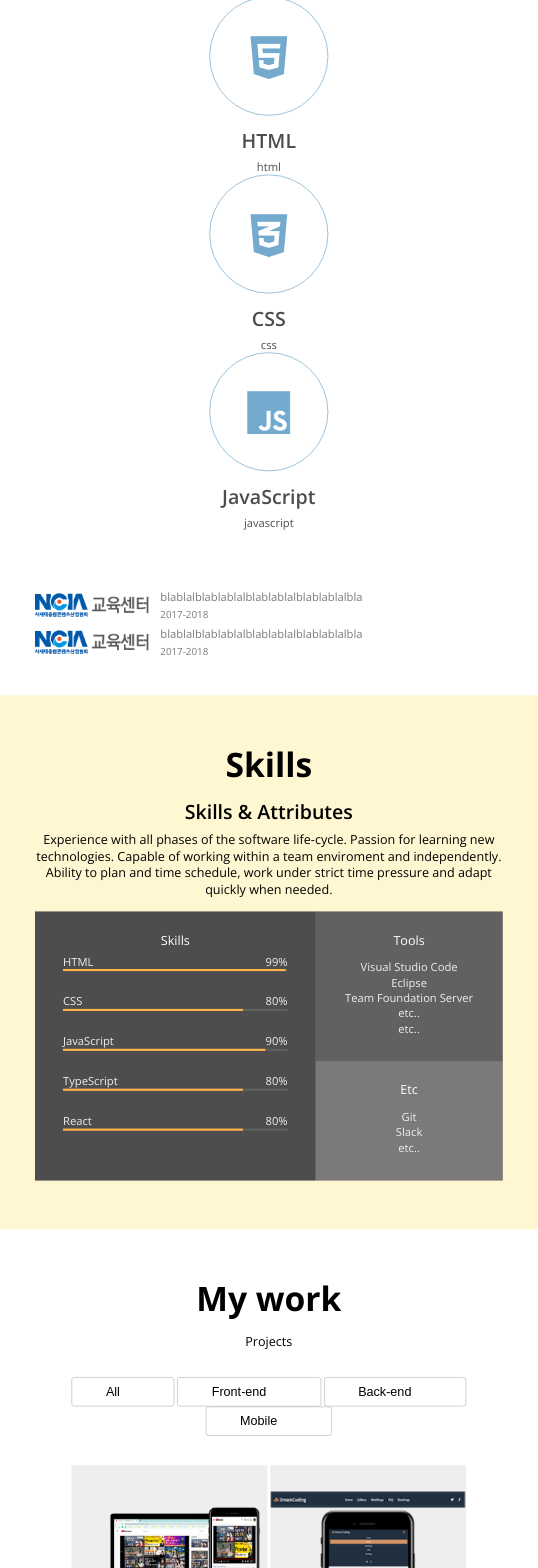
Repository: dhchun1203/Portfolio
Page: index.html
These files come from the project's save history. The page is drawn as it stood at one moment and after the next save; the edit follows.
The browser window is 768 px wide. The pictures show the part of the page from y = 1165 to 3405 px (the page is 5592 px tall before and 5706 px after), at 70% of full size.
Some web libraries are served in a nearby version.

Above is the page before, as saved 2020-12-08 23:18:27.

### index.html
<!DOCTYPE html>
<html lang="en">
	<head>
		<meta charset="UTF-8" />
		<meta name="viewport" content="width=device-width, initial-scale=1.0" />
		<title>Hwan's Portfolio</title>
		<meta
			name="description"
			content="portfolio for world-renowned software engineer Hwan"
		/>
		<meta name="author" content="Hwan" />
		<link rel="icon" type="image/png" href="imgs/favicon.png" />
		<script
			src="https://kit.fontawesome.com/8b98a99811.js"
			crossorigin="anonymous"
		></script>
		<link rel="preconnect" href="https://fonts.gstatic.com" />
		<link
			href="https://fonts.googleapis.com/css2?family=Open+Sans:wght@400;600;700&display=swap"
			rel="stylesheet"
		/>
		<link rel="stylesheet" href="style.css" />
		<script src="main.js" defer></script>
	</head>
	<body>
		<!-- Navbar -->
		<nav id="navbar">
			<div class="navbar__logo">
				<i class="fab fa-diaspora"></i>
				<a href="#">Hwan</a>
			</div>
			<div class="navbar__menu">
				<ul class="navbar__menu">
					<li class="navbar__menu__item active">Home</li>
					<li class="navbar__menu__item">About</li>
					<li class="navbar__menu__item">Skills</li>
					<li class="navbar__menu__item">My work</li>
					<li class="navbar__menu__item">Testimonials</li>
					<li class="navbar__menu__item">Contact</li>
				</ul>
			</div>
			<!-- Toggle button -->
			<button class="navbar__toggle-btn">
				<i class="fas fa-bars"></i>
			</button>
		</nav>
		<!-- Home -->
		<section id="home">
			<img class="home__avatar" src="imgs/profile.jpg" alt="profile" />

			<h1 class="home__title">Hello, <br />Let me introduce myself!</h1>

			<h2 class="home__description">
				A frontend Developer currently residing in Yongin, South Korea.
			</h2>
			<button class="home__contact">CONTACT ME</button>
		</section>
		<!-- About -->
		<section id="about" class="section section__container">
			<h1>About me</h1>
			<p>
				자기소개 Lorem Ipsum is simply dummy text of the printing and
				typesetting industry. Lorem Ipsum has been the industry's standard dummy
				text ever since the 1500s, when an unknown printer took a galley of type
				and scrambled it to make a type specimen book. It has survived not only
				five centuries, but also the leap into electronic typesetting, remaining
				essentially unchanged. It was popularised in the 1960s with the release
				of Letraset sheets containing Lorem Ipsum passages, and more recently
				with desktop publishing software like Aldus PageMaker including versions
				of Lorem Ipsum.
			</p>
			<div class="about__majors">
				<div class="major">
					<div class="major__icon"><i class="fab fa-html5"></i></div>
					<h2 class="major__title">HTML</h2>
					<div class="major__description">html</div>
				</div>
				<div class="major">
					<div class="major__icon"><i class="fab fa-css3-alt"></i></div>
					<h2 class="major__title">CSS</h2>
					<div class="major__description">css</div>
				</div>
				<div class="major">
					<div class="major__icon"><i class="fab fa-js"></i></div>
					<h2 class="major__title">JavaScript</h2>
					<div class="major__description">javascript</div>
				</div>
			</div>
			<!-- <div class="about__spec">
				<div class="about__spec__item">
					<img src="" alt="HtmlImage" />
					<h3>HTML</h3>
					<p>html</p>
				</div>
				<div class="about__spec__item">
					<img src="" alt="CssImage" />
					<h3>CSS</h3>
					<p>css</p>
				</div>
				<div class="about__spec__item">
					<img src="" alt="JavaScriptImage" />
					<h3>JavaScript</h3>
					<p>javascript</p>
				</div>
			</div> -->
			<div class="about__jobs">
				<div class="job">
					<img
						src="imgs/jobs/nciaedu_logo.png"
						alt="ncia logo"
						class="job__logo"
					/>
					<div class="job__description">
						<p class="job__name">blablalblablablalblablablalblablablalbla</p>
						<p class="job__period">2017-2018</p>
					</div>
				</div>
				<div class="job">
					<img
						src="imgs/jobs/nciaedu_logo.png"
						alt="ncia logo"
						class="job__logo"
					/>
					<div class="job__description">
						<p class="job__name">blablalblablablalblablablalblablablalbla</p>
						<p class="job__period">2017-2018</p>
					</div>
				</div>
			</div>
			<!-- <div class="career">
				<div class="career__item">
					<img class="career__image" src="" alt="career image" />
					<p>what's my career</p>
				</div>
				<div class="career__item">
					<img class="career__image" src="" alt="career image" />
					<p>what's my career</p>
				</div>
			</div> -->
		</section>
		<!-- Skills -->
		<section id="skills" class="section">
			<div class="section__container">
				<h1>Skills</h1>
				<h2>Skills & Attributes</h2>
				<p>
					Experience with all phases of the software life-cycle. Passion for
					learning new technologies. Capable of working within a team enviroment
					and independently. Ability to plan and time schedule, work under
					strict time pressure and adapt quickly when needed.
				</p>
				<div class="skillset">
					<div class="skillset__left">
						<h3 class="skillset__title">Skills</h3>
						<div class="skill">
							<div class="skill__description">
								<span>HTML</span>
								<span>99%</span>
							</div>
							<div class="skill__bar">
								<div class="skill__value" style="width: 99%"></div>
							</div>
						</div>
						<div class="skill">
							<div class="skill__description">
								<span>CSS</span>
								<span>80%</span>
							</div>
							<div class="skill__bar">
								<div class="skill__value" style="width: 80%"></div>
							</div>
						</div>
						<div class="skill">
							<div class="skill__description">
								<span>JavaScript</span>
								<span>90%</span>
							</div>
							<div class="skill__bar">
								<div class="skill__value" style="width: 90%"></div>
							</div>
						</div>
						<div class="skill">
							<div class="skill__description">
								<span>TypeScript</span>
								<span>80%</span>
							</div>
							<div class="skill__bar">
								<div class="skill__value" style="width: 80%"></div>
							</div>
						</div>
						<div class="skill">
							<div class="skill__description">
								<span>React</span>
								<span>80%</span>
							</div>
							<div class="skill__bar">
								<div class="skill__value" style="width: 80%"></div>
							</div>
						</div>
					</div>
					<div class="skillset__right">
						<div class="tools">
							<h3 class="skillset__title">Tools</h3>
							<ul class="tools__list">
								<li><span>Visual Studio Code</span></li>
								<li><span>Eclipse</span></li>
								<li><span>Team Foundation Server</span></li>
								<li><span>etc..</span></li>
								<li><span>etc..</span></li>
							</ul>
						</div>
						<div class="etc">
							<h3 class="skillset__title">Etc</h3>
							<ul class="etc__list">
								<li><span>Git</span></li>
								<li><span>Slack</span></li>
								<li><span>etc..</span></li>
							</ul>
						</div>
					</div>
				</div>
			</div>
		</section>
		<!-- Work -->
		<section id="work" class="section">
			<div class="section__container">
				<h1>My work</h1>
				<h3>Projects</h3>
				<div class="work__categories">
					<button class="category__btn selected" data-filter="*">
						All <span class="category__count">8</span>
					</button>
					<button class="category__btn" data-filter="front-end">
						Front-end <span class="category__count">3</span>
					</button>
					<button class="category__btn" data-filter="back-end">
						Back-end <span class="category__count">3</span>
					</button>
					<button class="category__btn" data-filter="mobile">
						Mobile <span class="category__count">2</span>
					</button>
				</div>
				<div class="work__projects">
					<a
						href="https://github.com/dhchun1203/DreamCoding_youtube-project"
						class="project"
						data-type="front-end"
						target="blank"
					>
						<img
							src="imgs/projects/project1.png"
							alt="youtube project thumbnail"
							class="project__img"
						/>
						<div class="project__description">
							<!--마우스를 올렸을 때 표시될 내용-->
							<h3>Youtube Site</h3>
							<span>Clone coding with HTML and CSS</span>
						</div>
					</a>
					<a
						href="https://github.com/dhchun1203/DreamCoding_youtube-project"
						class="project"
						data-type="front-end"
						target="blank"
					>
						<img
							src="imgs/projects/project2.png"
							alt="youtube project thumbnail"
							class="project__img"
						/>
						<div class="project__description">
							<h3>Project2</h3>
							<span>Fill in your own project</span>
						</div>
					</a>
					<a
						href="https://github.com/dhchun1203/DreamCoding_youtube-project"
						class="project"
						data-type="front-end"
						target="blank"
					>
						<img
							src="imgs/projects/project3.png"
							alt="youtube project thumbnail"
							class="project__img"
						/>
						<div class="project__description">
							<h3>Project3</h3>
							<span>Fill in your own project</span>
						</div>
					</a>
					<a
						href="https://github.com/dhchun1203/DreamCoding_youtube-project"
						class="project"
						data-type="back-end"
						target="blank"
					>
						<img
							src="imgs/projects/project4.png"
							alt="youtube project thumbnail"
							class="project__img"
						/>
						<div class="project__description">
							<h3>Project4</h3>
							<span>Fill in your own project</span>
						</div>
					</a>
					<a
						href="https://github.com/dhchun1203/DreamCoding_youtube-project"
						class="project"
						data-type="back-end"
						target="blank"
					>
						<img
							src="imgs/projects/project5.png"
							alt="youtube project thumbnail"
							class="project__img"
						/>
						<div class="project__description">
							<h3>Project5</h3>
							<span>Fill in your own project</span>
						</div>
					</a>
					<a
						href="https://github.com/dhchun1203/DreamCoding_youtube-project"
						class="project"
						data-type="mobile"
						target="blank"
					>
						<img
							src="imgs/projects/project6.png"
							alt="youtube project thumbnail"
							class="project__img"
						/>
						<div class="project__description">
							<h3>Project6</h3>
							<span>Fill in your own project</span>
						</div>
					</a>
					<a
						href="https://github.com/dhchun1203/DreamCoding_youtube-project"
						class="project"
						data-type="mobile"
						target="blank"
					>
						<img
							src="imgs/projects/project7.png"
							alt="youtube project thumbnail"
							class="project__img"
						/>
						<div class="project__description">
							<h3>Project7</h3>
							<span>Fill in your own project</span>
						</div>
					</a>
					<a
						href="https://github.com/dhchun1203/DreamCoding_youtube-project"
						class="project"
						data-type="mobile"
						target="blank"
					>
						<img
							src="imgs/projects/project8.png"
							alt="youtube project thumbnail"
							class="project__img"
						/>
						<div class="project__description">
							<h3>Project8</h3>
							<span>Fill in your own project</span>
						</div>
					</a>
				</div>
			</div>
		</section>
		<!-- Testimonial -->
		<section id="testimonials" class="section">
			<div class="section__container">
				<h1>Testimonials</h1>
				<h3>See what they say about me</h3>
				<div class="testimonials">
					<div class="testimonial">
						<img
							src="imgs/testimonial/people1.jpg"
							alt="People"
							class="testimonial__avatar"
						/>
						<div class="testimonial__speech-bubble">
							<p>
								Lorem Ipsum has been the industry's standard dummy text ever
								since the 1500s, when an unknown printer took a galley of type
								and scrambled it to make a type specimen book. It has survived
								not only five centuries, but also the leap into electronic
								typesetting, remaining essentially unchanged.
							</p>
							<p class="name"><a href="#">Sung jin</a> / Samsung</p>
						</div>
					</div>
					<div class="testimonial">
						<div class="testimonial__speech-bubble">
							<p>
								Lorem Ipsum has been the industry's standard dummy text ever
								since the 1500s, when an unknown printer took a galley of type
								and scrambled it to make a type specimen book. It has survived
								not only five centuries, but also the leap into electronic
								typesetting, remaining essentially unchanged.
							</p>
							<p class="name"><a href="#">Sung jin</a> / Samsung</p>
						</div>
						<img
							src="imgs/testimonial/people1.jpg"
							alt="People"
							class="testimonial__avatar"
						/>
					</div>
				</div>
			</div>
		</section>
		<!-- Contact -->
		<section id="contact" class="section">
			<h1 class="contact__title">Let's talk</h1>
			<h2 class="contact__email">dhchun1203@gmail.com</h2>
			<div class="contact__links">
				<a href="https://github.com/dhchun1203" target="blank">
					<i class="fab fa-github"></i>
				</a>
				<a
					href="https://www.facebook.com/profile.php?id=100010406657545"
					target="blank"
				>
					<i class="fab fa-facebook"></i>
				</a>
			</div>
			<p class="contact__rights">
				2020 Dream Coding Hwan - All rights reserved
			</p>
		</section>
	</body>
</html>

### style.css
/* Global */
:root {
	/* Color */
	--color-white: #ffffff;
	--color-light-white: #eeeeee;
	--color-dark-white: #bdbdbd;
	--color-pink: #fe918d;
	--color-dark-pink: #ff6863;
	--color-dark-grey: #4d4d4d;
	--color-grey: #616161;
	--color-light-grey: #7c7979;
	--color-blue: #73aace;
	--color-yellow: #fff7d1;
	--color-orange: #feb546;
	--color-black: #000000;

	/* Font size */
	--font-large: 48px;
	--font-medium: 28px;
	--font-regular: 18px;
	--font-small: 16px;
	--font-micro: 14px;

	/* Font weight */
	--weight-bold: 700;
	--weight-semi-bold: 600;
	--weight-regular: 400;

	/* Size */
	--size-border-radius: 4px;

	/* Animation */
	--animation-duration: 300ms;
}

/* Universal tags */
* {
	box-sizing: border-box;
}
body {
	margin: 0;
	font-family: "Open Sans", sans-serif;
	cursor: default;
}
a {
	text-decoration: none;
	color: var(--color-white);
}
ul {
	padding-left: 0;
}
li {
	list-style: none;
}
button {
	background-color: transparent;
	cursor: pointer;
	border: none;
	outline: none;
}

/* Typography(header) */
h1 {
	font-size: var(--font-large);
	font-weight: var(--weight-bold);
	color: var(--color-black);
	margin: 16px 0;
}
h2 {
	font-size: var(--font-medium);
	font-weight: var(--weight-semi-bold);
	color: var(--color-black);
	margin: 8px 0;
}
h3 {
	font-size: var(--font-regular);
	font-weight: var(--font-regular);
	color: var(--color-black);
	margin: 8px 0;
}
p {
	font-size: var(--font-regular);
	font-weight: var(--font-regular);
	color: var(--color-black);
	margin: 4px 0;
}

/* Navbar */
#navbar {
	display: flex;
	justify-content: space-between;
	align-items: center;
	background-color: var(--color-pink);
	color: var(--color-white);
	padding: 16px;
}
.navbar__menu {
	display: flex;
}
.navbar__logo {
	font-size: var(--font-medium);
	font-weight: var(--weight-semi-bold);
}
.navbar__menu__item {
	padding: 8px 12px;
	margin: 0 4px;
	cursor: pointer;
	border-radius: var(--size-border-radius);
}
.navbar__menu__item.active {
	border: 1px solid var(--color-white);
	border-radius: var(--size-border-radius);
}
.navbar__menu__item:hover {
	background-color: var(--color-dark-pink);
}
.navbar__toggle-btn {
	position: absolute;
	right: 32px;
	top: 24px;
	font-size: 24px;
	color: var(--color-white);
	display: none;
}
/* Home */
#home {
	background: url("imgs/home-background.png.png") center/cover no-repeat;
	padding: 40px;
	text-align: center;
}
.home__avatar {
	width: 200px;
	height: 250px;
	border-radius: 50%;
	border: 2px solid var(--color-light-white);
}
.home__title,
.home__description {
	color: var(--color-white);
}
.home__contact {
	color: var(--color-white);
	font-size: var(--font-regular);
	font-weight: var(--weight-bold);
	margin: 24px;
	padding: 8px 12px;
	border: 2px solid var(--color-white);
	border-radius: var(--size-border-radius);
}

/* Section common */
.section {
	text-align: center;
	padding: 50px;
	margin: auto;
}
.section__container {
	max-width: 1200px;
	margin: auto;
}

/* About */
.about__majors {
	display: flex;
	justify-content: space-between;
	margin: 80px 0;
}
.major__icon {
	width: 170px;
	height: 170px;
	font-size: 70px;
	line-height: 170px;
	margin: auto;
	border: 1px solid var(--color-blue);
	border-radius: 50%;
	margin-bottom: 16px;
	color: var(--color-blue);
}
.major__icon i {
	transition: all var(--animation-duration) ease;
}
.major__icon:hover i {
	color: var(--color-pink);
	transform: rotate(-30deg) scale(1.1);
}
.major__title,
.major__description {
	color: var(--color-dark-grey);
}
.major__description {
	font-size: var(--font-small);
}
.job {
	display: flex;
	align-items: center;
}
.job__description {
	margin: 0 16px;
	text-align: left;
}
.job__name,
.job__period {
	color: var(--color-light-grey);
}
.job__name {
	font-size: var(--font-small);
}
.job__period {
	font-size: var(--font-micro);
}

/* Skill */
#skills {
	background-color: var(--color-yellow);
}
.skillset {
	color: var(--color-light-white);
	display: flex;
	background-color: var(--color-light-grey);
	margin: 20px 0;
}
.skillset__title {
	color: var(--color-white);
}
.skillset__left {
	flex-basis: 60%;
	background-color: var(--color-dark-grey);
	padding: 20px 40px;
}
.skill {
	margin-bottom: 32px;
}
.skill__description {
	display: flex;
	justify-content: space-between;
}
.skill__bar {
	width: 100%;
	height: 3px;
	background-color: var(--color-grey);
}
.skill__value {
	height: 3px;
	background-color: var(--color-orange);
}
.skillset__right {
	flex-basis: 40%;
}
.tools {
	background-color: var(--color-grey);
}
.tools,
.etc {
	padding: 20px;
}
.etc {
	background-color: var(--color-light-grey);
}

/* Work */
.work__categories {
	margin: 40px;
}
.category__btn {
	border: 1px solid var(--color-dark-white);
	border-radius: var(--size-border-radius);
	font-size: var(--font-regular);
	padding: 8px 48px;
}
.category__btn.active,
.category__btn:hover {
	background-color: var(--color-pink);
	color: var(--color-white);
}
.category__btn.active .category__count,
.category__btn:hover .category__count {
	opacity: 1;
	top: 0;
}
.category__count {
	background-color: var(--color-orange);
	border-radius: 50%;
	color: var(--color-white);
	width: 24px;
	height: 24px;
	line-height: 24px;
	display: inline-block;
	position: relative;
	top: -20px;
	left: 4px;
	opacity: 0;
	transition: all var(--animation-duration) ease-in;
}
.work__projects {
	display: flex;
	flex-wrap: wrap;
	justify-content: center;
}
.project {
	position: relative;
	display: flex;
	justify-content: center;
	align-items: center;
	width: 280px;
	height: 250px;
	margin: 2px;
	background-color: var(--color-light-white);
}
.project__img {
	max-width: 100%;
	max-height: 100%;
	align-self: center;
}
.project__description {
	position: absolute;
	background-color: black;
	display: flex;
	flex-direction: column;
	justify-content: center;
	width: 100%;
	height: 100%;
	top: 0;
	left: 0;
	opacity: 0;
	transform: translateY(10px);
	transition: all var(--animation-duration) ease-in;
}
.project:hover .project__description {
	opacity: 0.8;
	transform: translateY(0px);
}
.project__description h3 {
	color: var(--color-white);
}
.project__description h3:after {
	content: "";
	display: block;
	position: relative;
	left: 50%;
	width: 25px;
	height: 2px;
	margin-left: -12px;
	margin-top: 8px;
	background-color: var(--color-dark-white);
}

/* Testimonial */
#testimonials {
	background-color: var(--color-light-white);
}
.testimonials {
	margin: 40px;
}
.testimonial {
	display: flex;
	margin: 32px 0;
}
.testimonial__avatar {
	width: 150px;
	height: 150px;
	border-radius: 50%;
}
.testimonial__avatar:nth-child(odd) {
	margin-right: 40px;
}
.testimonial__avatar:nth-child(even) {
	margin-left: 40px;
}
.testimonial__speech-bubble {
	padding: 18px;
	background-color: var(--color-white);
	border-radius: var(--size-border-radius);
}
.testimonial__speech-bubble p {
	color: var(--color-light-grey);
}
.testimonial__speech-bubble a {
	color: var(--color-pink);
}

/* Contact */
#contact {
	background-color: var(--color-pink);
}
.contact__title,
.contact__email,
.contact__rights {
	color: var(--color-white);
}
.contact__title {
	margin: 32px 0;
}
.contact__links {
	font-size: var(--font-large);
	margin: 24px 0;
}
.contact__links i {
	transition: all calc(var(--animation-duration) / 2) ease-in;
}
.contact__links i:hover {
	transform: scale(1.2);
	color: var(--color-yellow);
}

@media screen and (max-width: 768px) {
	.navbar__toggle-btn {
		display: block;
	}
	#navbar {
		flex-direction: column;
		align-items: flex-start;
	}
	.navbar__menu {
		flex-direction: column;
		text-align: center;
		width: 100%;
		display: none;
	}
	.about__majors {
		flex-direction: column;
	}
}

Loaded but not shown: main.js (no copy from this time; the picture is the same without it)

After the next save:
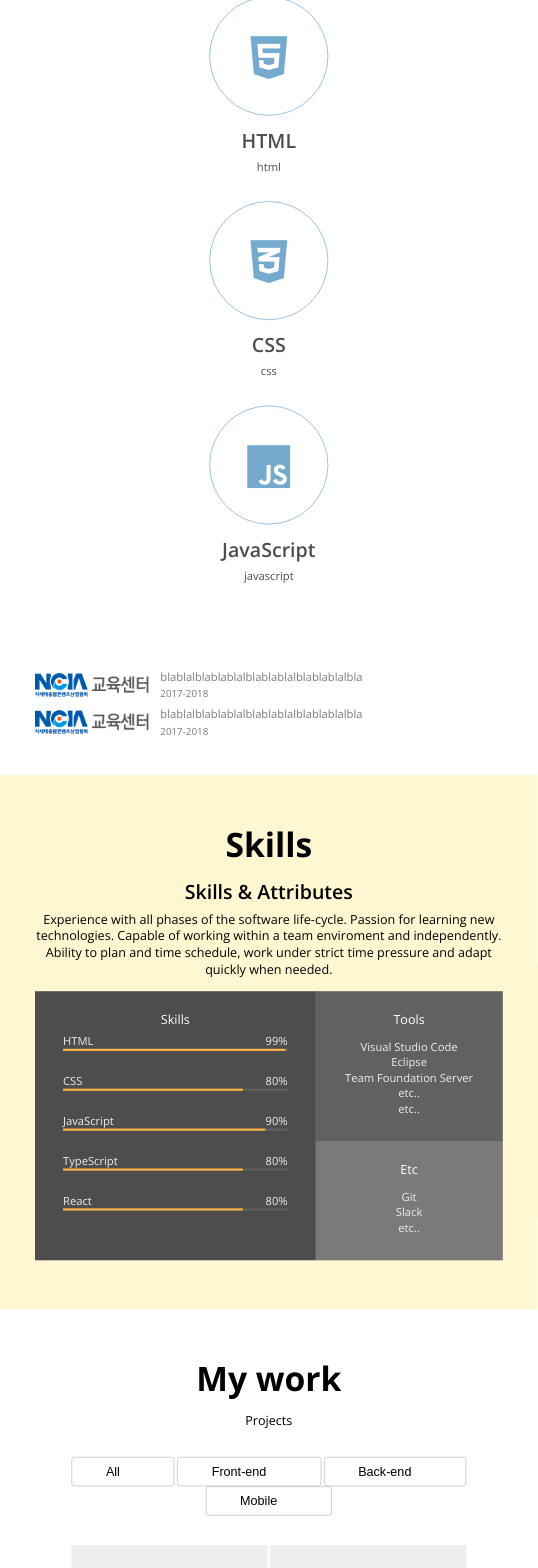
Saved 25 s later.
--- a/style.css
+++ b/style.css
@@ -419,4 +419,7 @@
 	.about__majors {
 		flex-direction: column;
 	}
-}
+	.major {
+		margin-bottom: 38px;
+	}
+}
